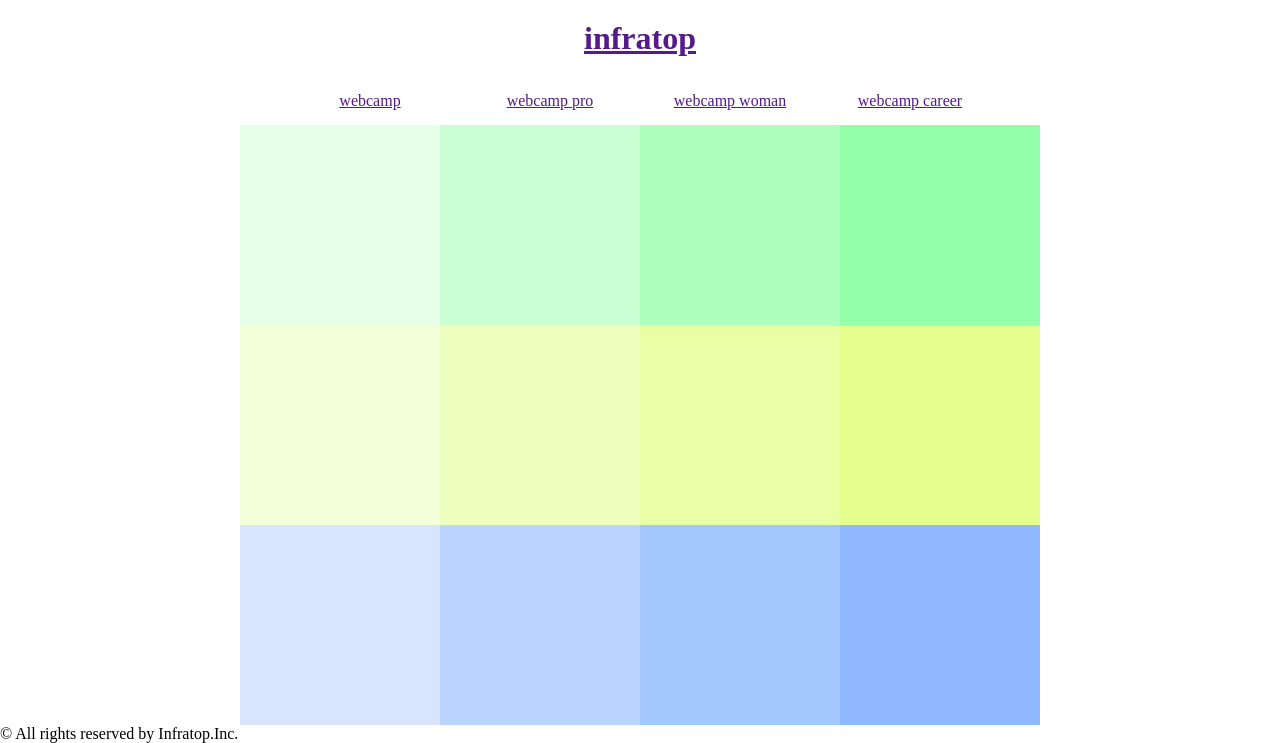
Repository: sutanuki/webcamp
Page: html,css/c5/index.html
The author's editor kept a record of every edit. The page is drawn from the files as they stood at one moment, then again after the next edit.
The browser window is 1280 px wide. The pictures show the whole page.

Above is the page before.

### html,css/c5/index.html
<!DOCTYPE html>
<html>
  <head>
    <meta http-equiv="content-type" content="text/html; charset=utf-8" />
    <title>`substitute(Filename('', 'Page Title'), '^.', '\u&', '')`</title>
    <link rel="stylesheet" href="style.css">
  </head>
  <body>
    <header>
      <h1><a href="">infratop</a></h1>
      <nav>
        <ul>
          <li><a href="">webcamp</a></li>
          <li><a href="">webcamp pro</a></li>
          <li><a href="">webcamp woman</a></li>
          <li><a href="">webcamp career</a></li>
        </ul>
      </nav>
    </header>
    <main>
      <div class="box1"></div>
      <div class="box2"></div>
      <div class="box3"></div>
      <div class="box4"></div>
      <div class="box5"></div>
      <div class="box6"></div>
      <div class="box7"></div>
      <div class="box8"></div>
      <div class="box9"></div>
      <div class="box10"></div>
      <div class="box11"></div>
      <div class="box12"></div>
    </main>
    <footer>
      <p>&copy All rights reserved by Infratop.Inc.</p>
    </footer>
  </body>
</html>

### html,css/c5/style.css
* {
  margin: 0;
  padding: 0;
  box-sizing: border-box;
}
header{
  width: 100%;
}
header h1{
  margin: 20px 0;
  text-align: center
}
nav ul{
  display: flex;
  justify-content: center;
  list-style: none;
}
nav ul li{
  width: 140px;
  margin: 15px 20px;
  text-align: center;
}
main{
  display: flex;
  width: 800px;
  height: 600px;
  flex-wrap: wrap;
  margin: 0 auto;

}
main div{
  width: 200px;
  height: 200px;
}
.box1{
  background-color: #e6ffe9;
}
.box2{
  background-color: #cbffd3;
}
.box3{
  background-color: #aeffbd;
}
.box4{
  background-color: #93ffab;
}
.box5{
  background-color: #f3ffd8;
}
.box6{
  background-color: #edffbe;
}
.box7{
  background-color: #e9ffa5;
}
.box8{
  background-color: #e4ff8d;
}
.box9{
  background-color: #d9e5ff;
}
.box10{
  background-color: #bad3ff;
}
.box11{
  background-color: #a4c6ff;
}
.box12{
  background-color: #8eb8ff;
}

After the next edit:
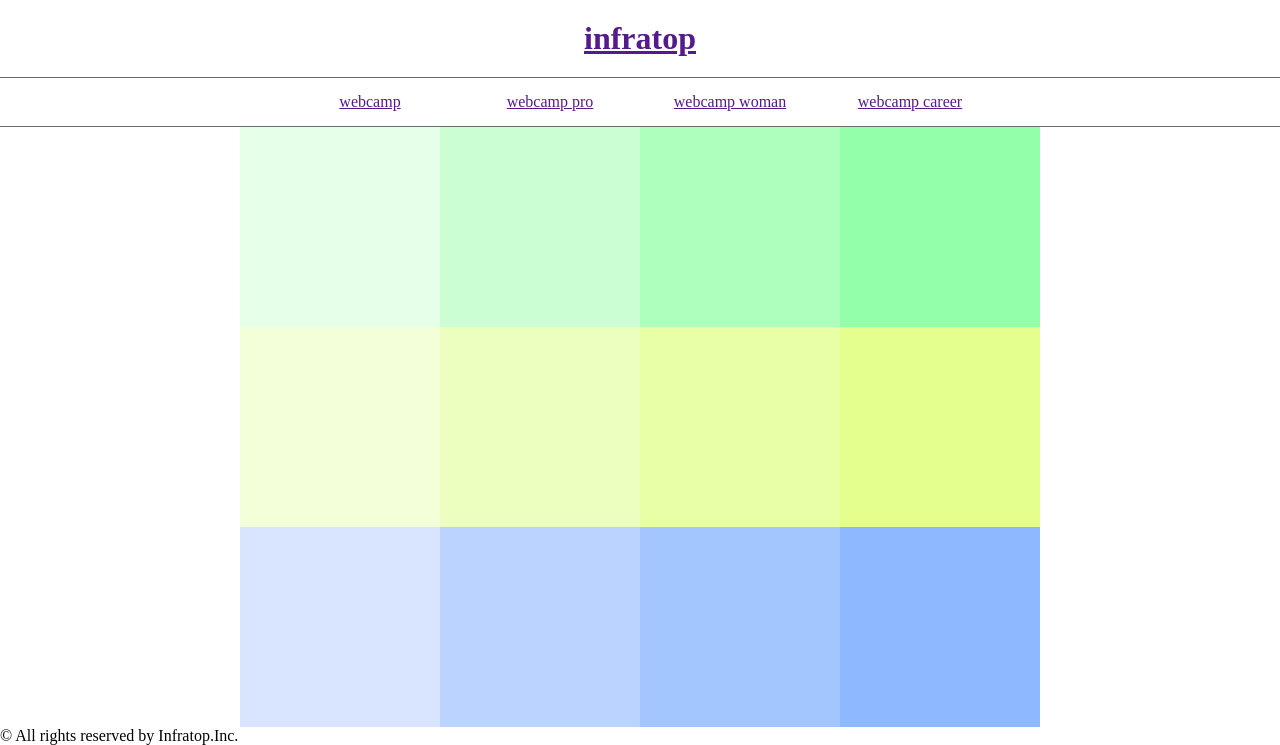
The edit:
--- a/html,css/c5/style.css
+++ b/html,css/c5/style.css
@@ -14,6 +14,8 @@
   display: flex;
   justify-content: center;
   list-style: none;
+  border-bottom: solid 1px #6c6b6b;
+  border-top: solid 1px #6c6b6b;
 }
 nav ul li{
   width: 140px;
